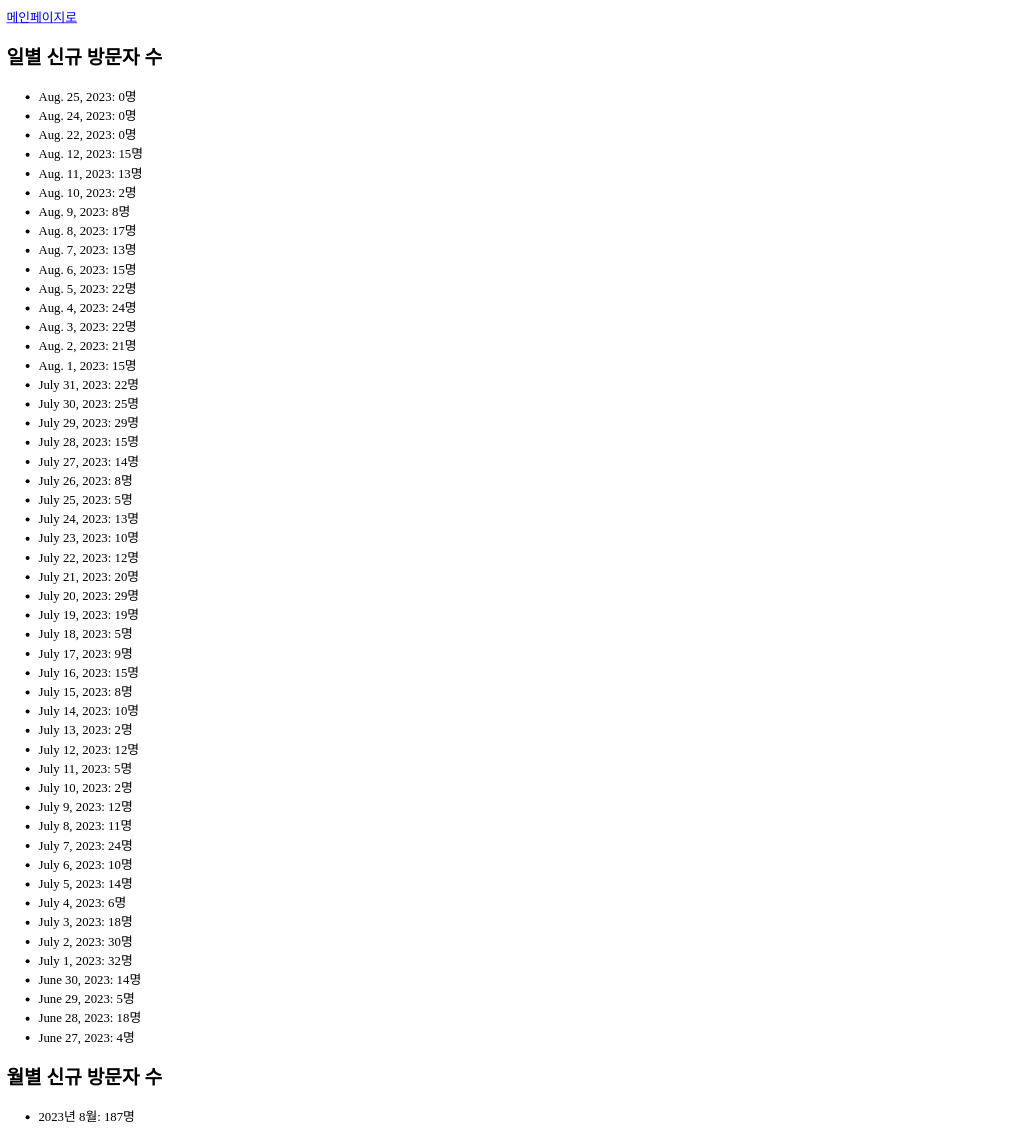
Repository: leeenzang/realmo
Page: http://localhost/newvisit/new/
These files come from the project's save history. The page is drawn as it stood at one moment and after the next save; the edit follows.
The browser window is 1280 px wide. The pictures show the whole page, at 80% of full size.
The page is served by the project's application, run on Django 4.2 (manage.py). The page reads the database file committed with the project.

Above is the page before, as saved 2023-08-24 22:00:42.

After the next save:
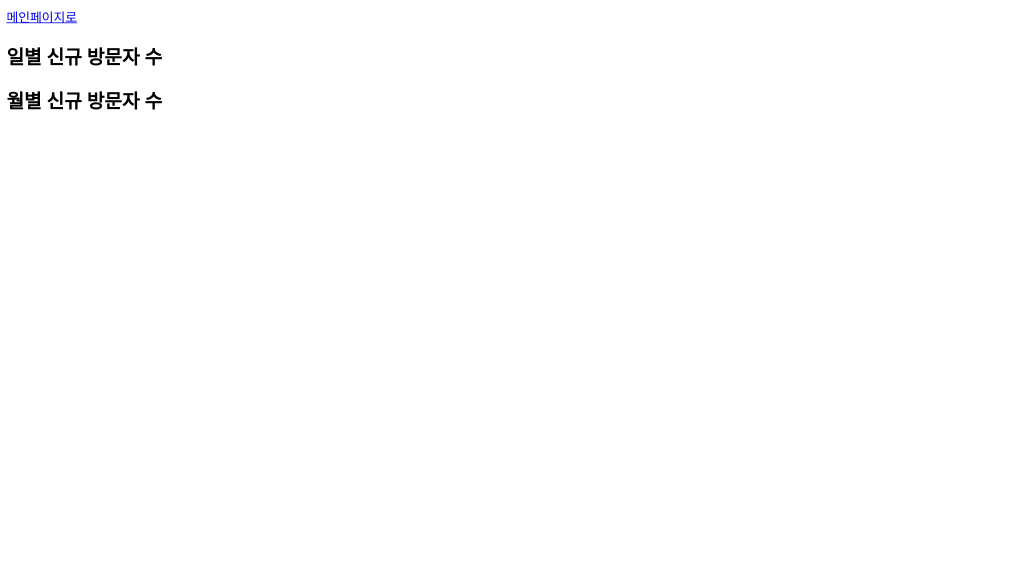
Saved 14 h 52 min later.
--- a/newvisit/templates/newvisit/new_visitors.html
+++ b/newvisit/templates/newvisit/new_visitors.html
@@ -3,18 +3,30 @@
 {% block content %}
 <a href="{% url 'home' %}" class="btn btn-primary">메인페이지로</a>
 
-    <h2>일별 신규 방문자 수</h2>
-    <ul>
-        {% for visitor in daily_visitors %}
-            <li>{{ visitor.date }}: {{ visitor.new_visitors_count }}명</li>
-        {% endfor %}
-    </ul>
+<h2>일별 신규 방문자 수</h2>
+<ul>
+    {% for visitor in daily_new_visitors %}
+        <li>{{ visitor.date }}: {{ visitor.new_visitors_count }}명</li>
+    {% endfor %}
+</ul>
 
-    <h2>월별 신규 방문자 수</h2>
-    <ul>
-        {% for visitor in monthly_visitors %}
-            <li>{{ visitor.year }}년 {{ visitor.month }}월: {{ visitor.new_visitors_count }}명</li>
-        {% endfor %}
-    </ul>
+<h2>월별 신규 방문자 수</h2>
+<ul>
+    {% for month in monthly_new_visitors %}
+        <li>
+            {{ month.year }}년 {{ month.month }}월: {{ month.new_visitors_count }}명
+            <button class="btn btn-link btn-sm" type="button" data-toggle="collapse" data-target="#new-month-{{month.year}}-{{month.month}}" aria-expanded="true">
+                상세 보기
+            </button>
+            <div id="new-month-{{month.year}}-{{month.month}}" class="collapse">
+                <ul>
+                {% for entry in month.daily_data %}
+                    <li>{{ entry.date }}: {{ entry.new_visitors_count }}명</li>
+                {% endfor %}
+                </ul>
+            </div>
+        </li>
+    {% endfor %}
+</ul>
 
 {% endblock %}

After the save that followed:
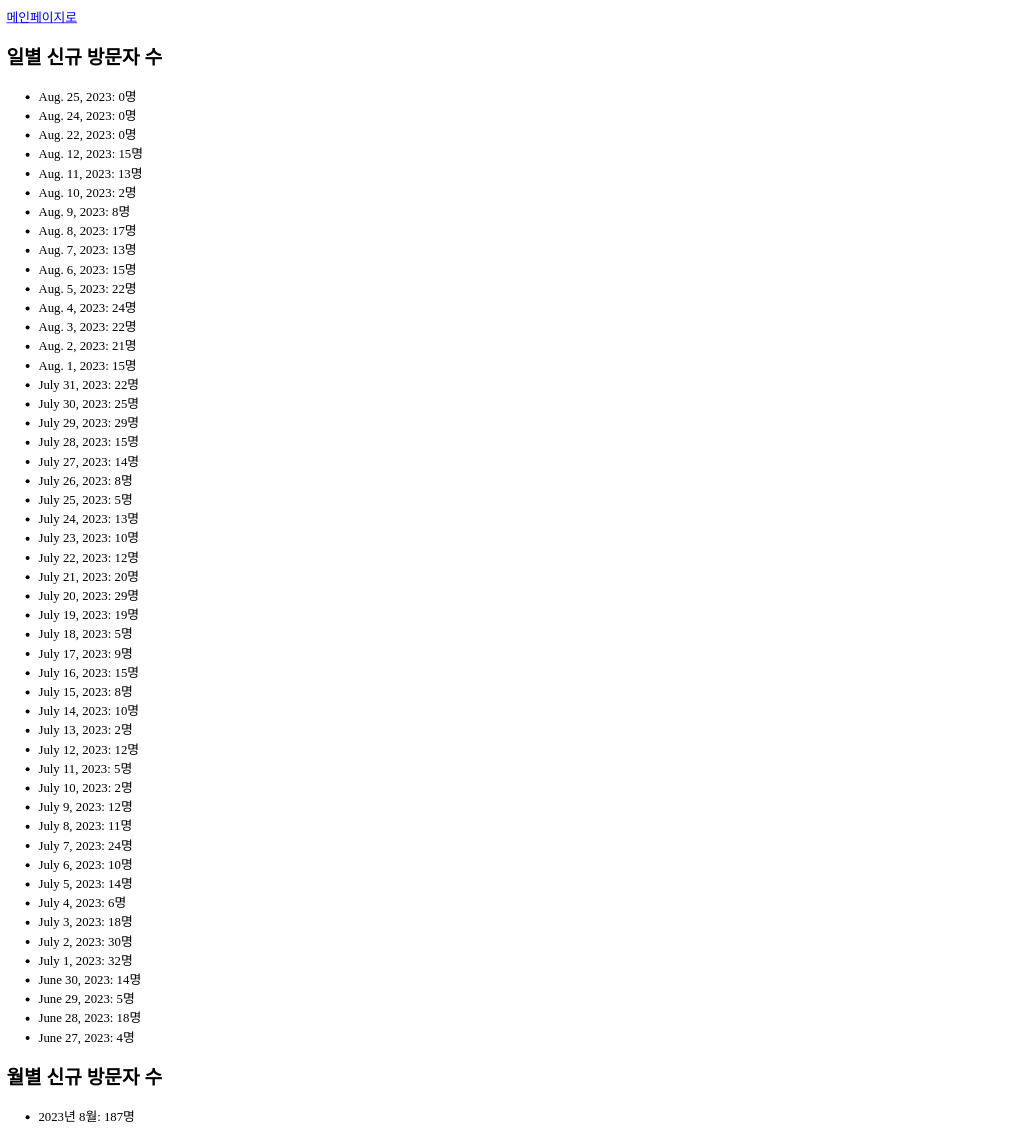
Saved 12 s later.
--- a/newvisit/templates/newvisit/new_visitors.html
+++ b/newvisit/templates/newvisit/new_visitors.html
@@ -3,30 +3,18 @@
 {% block content %}
 <a href="{% url 'home' %}" class="btn btn-primary">메인페이지로</a>
 
-<h2>일별 신규 방문자 수</h2>
-<ul>
-    {% for visitor in daily_new_visitors %}
-        <li>{{ visitor.date }}: {{ visitor.new_visitors_count }}명</li>
-    {% endfor %}
-</ul>
+    <h2>일별 신규 방문자 수</h2>
+    <ul>
+        {% for visitor in daily_visitors %}
+            <li>{{ visitor.date }}: {{ visitor.new_visitors_count }}명</li>
+        {% endfor %}
+    </ul>
 
-<h2>월별 신규 방문자 수</h2>
-<ul>
-    {% for month in monthly_new_visitors %}
-        <li>
-            {{ month.year }}년 {{ month.month }}월: {{ month.new_visitors_count }}명
-            <button class="btn btn-link btn-sm" type="button" data-toggle="collapse" data-target="#new-month-{{month.year}}-{{month.month}}" aria-expanded="true">
-                상세 보기
-            </button>
-            <div id="new-month-{{month.year}}-{{month.month}}" class="collapse">
-                <ul>
-                {% for entry in month.daily_data %}
-                    <li>{{ entry.date }}: {{ entry.new_visitors_count }}명</li>
-                {% endfor %}
-                </ul>
-            </div>
-        </li>
-    {% endfor %}
-</ul>
+    <h2>월별 신규 방문자 수</h2>
+    <ul>
+        {% for visitor in monthly_visitors %}
+            <li>{{ visitor.year }}년 {{ visitor.month }}월: {{ visitor.new_visitors_count }}명</li>
+        {% endfor %}
+    </ul>
 
 {% endblock %}
